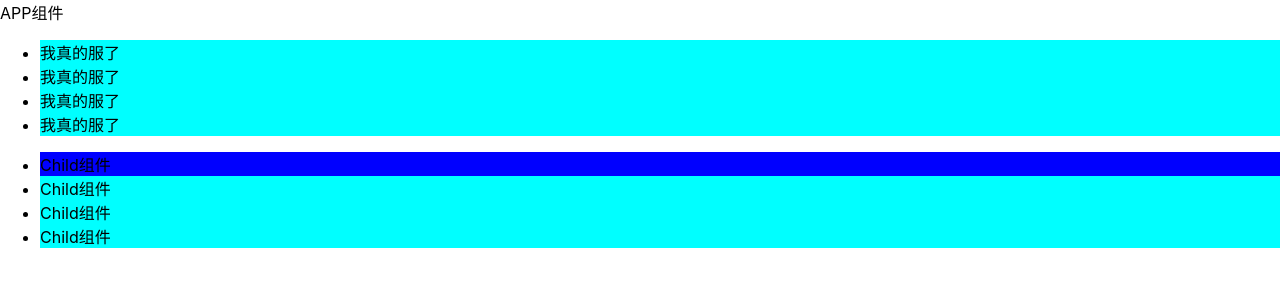
Repository: pagelam97/React-Test-Project
Page: /
The author's editor kept a copy of each file at every save. The page is drawn from the files as they stood at one save, then again after the next save.
The browser window is 1280 px wide. The pictures show the whole page.
The project was rebuilt for these pictures with package versions that can differ from the ones it lists, and the page was loaded fresh each time.

Above is the page before, as saved 2022-09-01 16:03:25.

After the next save:
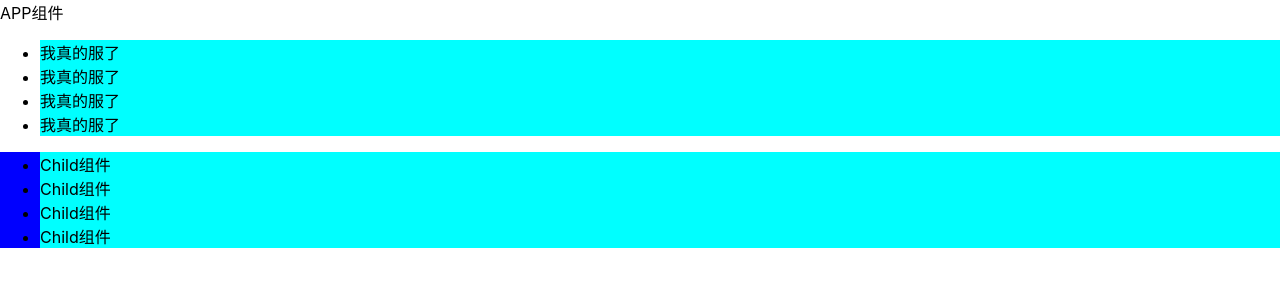
Saved 35 s later.
--- a/src/Child.js
+++ b/src/Child.js
@@ -6,8 +6,8 @@ console.log(style);
 export default function Child() {
     return (
         <div>
-            <ul>
-                <li className={style.childStyle}>Child组件</li>
+            <ul className={style.childStyle}>
+                <li>Child组件</li>
                 <li>Child组件</li>
                 <li>Child组件</li>
                 <li>Child组件</li>
